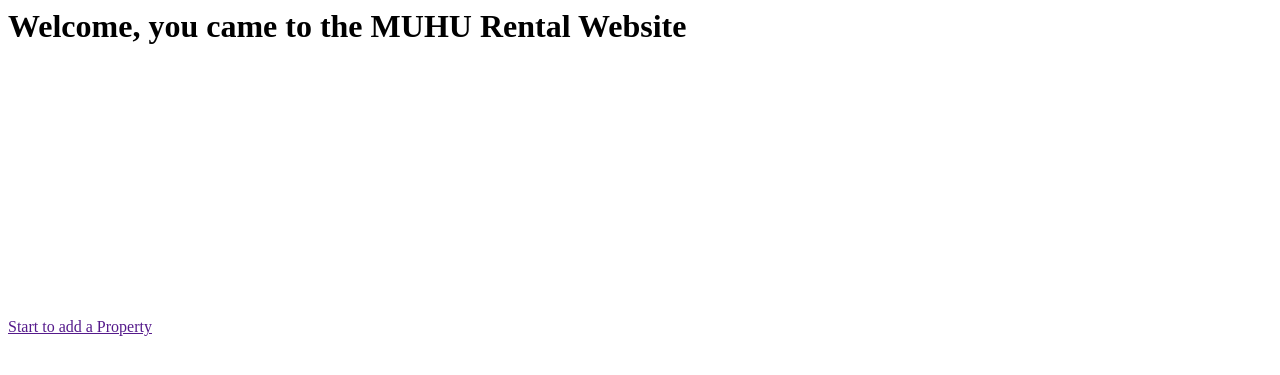
Repository: nds91400/spring-2023-cis2625-serverless
Page: muhu-rental/index.html
The author's editor kept a record of every edit. The page is drawn from the files as they stood at one moment, then again after the next edit.
The browser window is 1280 px wide. The pictures show the whole page.

Above is the page before.

### muhu-rental/index.html
<body>
    <h1>Welcome, you came to the MUHU Rental Website</h1>
    </br>
    </br>
    </br>
    </br>
    </br>
    </br>
    </br>
    </br>
    </br>
    </br>
    </br>
    </br>
    </br>
    </br>
    <a href="">Start to add a Property</a>
</body>

After the next edit:
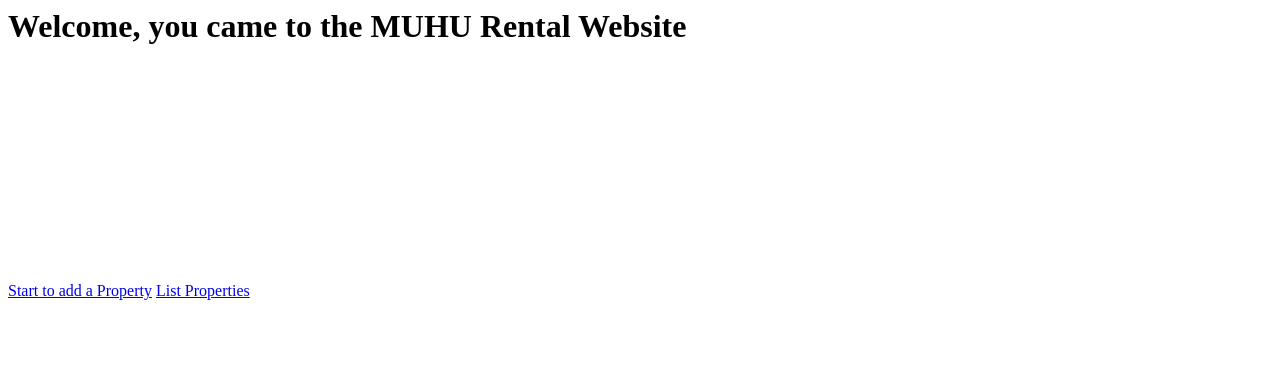
The edit:
--- a/muhu-rental/index.html
+++ b/muhu-rental/index.html
@@ -12,7 +12,7 @@
     </br>
     </br>
     </br>
-    </br>
-    </br>
-    <a href="">Start to add a Property</a>
+
+    <a href="NewProperty.html">Start to add a Property</a>
+    <a href="PropertyListing.html">List Properties</a>
 </body>
